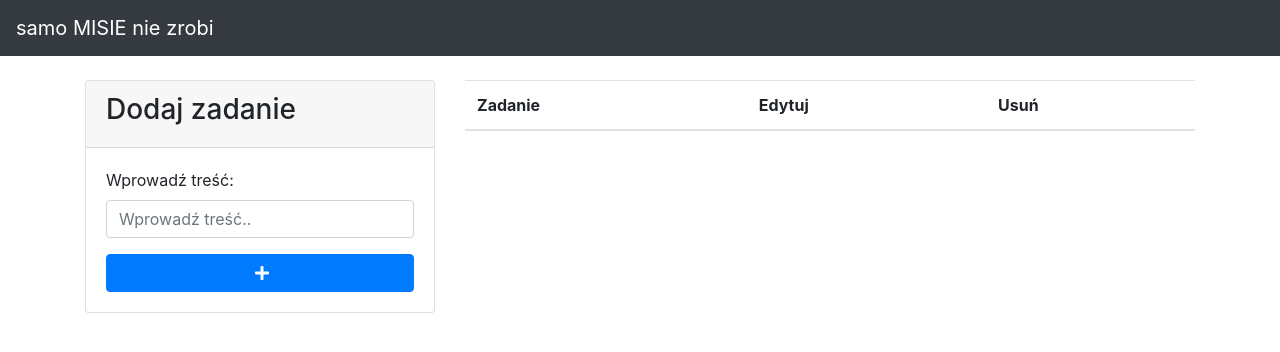
Repository: pcharazinski/JS_EXPRESS---samoMISIEniezrobi
Page: http://localhost/
The author's editor kept a copy of each file at every save. The page is drawn from the files as they stood at one save, then again after the next save.
The browser window is 1280 px wide. The pictures show the whole page.
Some web libraries are served in a nearby version. The page is served by the project's Node server (app.js). Other server files are loaded and not shown. Queries for data that is not in the repository find no rows.

Above is the page before, as saved 2018-12-16 12:48:02.

### views/index.pug
//- Pug zwraca wieeeeeeelka uwagę na wciecia!!! jak sa zle wciecia to sie wysypuje

extends layout

block content
    .row
        .col-md-4
            .card
                .card-header
                    h3 Dodaj zadanie
                .card-body
                    form(action="/addme", method="POST")
                        .form-group
                            label(for='labeltodo') Wprowadź treść:
                            input.form-control#labeltodo(type='text', name="title", placeholder="Wprowadź treść..")
                        button(type="submit").btn.btn-primary.btn-block
                            i.fas.fa-plus.pl-1


        .col-md-8

            table.table.table-striped
                thead
                    tr

                    th(scope='col') Zadanie
                    th(scope='col') Edytuj
                    th(scope='col') Usuń
                tbody
                    each todo in todos
                        tr

                             td= todo.title
                             td
                                a(href="/editme/"+ todo.id).btn.btn-info.btn-sm
                                    i.fas.fa-pencil-alt
                             td
                                form(method="post", action="/deleteme/" + todo.id + "?_method=delete")
                                    button(type="submit").btn.btn-danger.btn-sm
                                         i.fas.fa-trash-alt

### views/layout.pug
<!DOCTYPE html>
html(lang="en")
    head
        meta(charset="UTF-8")
        meta(name="viewport", content="width=device-width, initial-scale=1.0")
        meta(http-equiv="X-UA-Compatible", content="ie=edge")
        link(rel="stylesheet", href="https://stackpath.bootstrapcdn.com/bootstrap/4.1.3/css/bootstrap.min.css")
        link(rel="stylesheet", href="https://use.fontawesome.com/releases/v5.6.1/css/all.css")
        title MISIE
    body
        include nav
        .container
            block content

script(src='https://code.jquery.com/jquery-3.3.1.slim.min.js')
script(src='https://cdnjs.cloudflare.com/ajax/libs/popper.js/1.14.3/umd/popper.min.js')
script(src='https://stackpath.bootstrapcdn.com/bootstrap/4.1.3/js/bootstrap.min.js')

### views/nav.pug
nav.navbar.navbar-expand-lg.navbar-dark.bg-dark.mb-4
  a.navbar-brand(href='/') samo MISIE nie zrobi

  button.navbar-toggler(type='button', data-toggle='collapse', data-target='#navbarNav', aria-controls='navbarNav', aria-expanded='false', aria-label='Toggle navigation')
    span.navbar-toggler-icon
  .collapse.navbar-collapse#navbarNav
    ul.navbar-nav
      //- li.nav-item.active
      //-   a.nav-link(href='/')
      //-     | Strona główna
      //-     span.sr-only (current)
      //- li.nav-item
      //-   a.nav-link(href='/') ASAP
      //- li.nav-item
      //-   a.nav-link(href='/') Nie ASAP
      //- li.nav-item
      //-   a.nav-link(href='/') Jak zostanie czas

### app.js
const express = require ("express");
const mongoose = require ('mongoose');
const bodyParser = require('body-parser');
const methodOverride = require ('method-override');
mongoose.connect ('mongodb://admin:admin62D.@ds121652.mlab.com:21652/samomisieniezrobi', { useNewUrlParser: true }).then (() => {
console.log('ejj... chyba polaczylam sie z baza danych, lol');

});
const app = express ();

app.use (bodyParser.urlencoded({extended:false}));
app.use (methodOverride('_method'));
app.set ("view engine", "pug");
const indexRoutes = require ('./routes/index');
app.use ('/', indexRoutes);
const port = process.env.PORT || 3000;
app.listen (port, () =>console.log(`Jestem podlaczona do serwera ${port} bijacz`));

### controllers/index.js
const Todo = require ('../models/Todo');
const getIndex = (req, res) =>
{
    Todo.find({},(err, todos)=> {
        if (err) console.log(err);
        console.log(todos);
        res.render ('index', {
            todos:todos
        })
    })

};
const postIndex = (req,res) =>{
    const newTodo = new Todo({
        title: req.body.title
    });
    newTodo.save((err)=>{
        if (err) console.log(err);
        res.redirect ('/');
    })

}

const deleteIndex = (req, res)=>{
    const {id} = req.params;
    Todo.findByIdAndDelete(id, (err)=> {
        if (err) console.log(err);
        res.redirect ('/');
    });

}
module.exports = {
    getIndex:getIndex,
    postIndex:postIndex,
    deleteIndex:deleteIndex
}

After the next save:
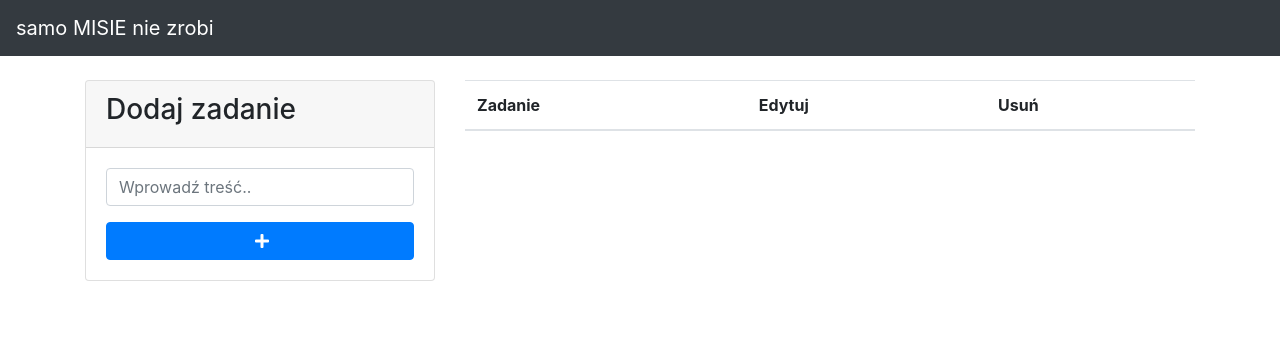
Saved 5 s later.
--- a/views/index.pug
+++ b/views/index.pug
@@ -11,7 +11,7 @@ block content
                 .card-body
                     form(action="/addme", method="POST")
                         .form-group
-                            label(for='labeltodo') Wprowadź treść:
+
                             input.form-control#labeltodo(type='text', name="title", placeholder="Wprowadź treść..")
                         button(type="submit").btn.btn-primary.btn-block
                             i.fas.fa-plus.pl-1
